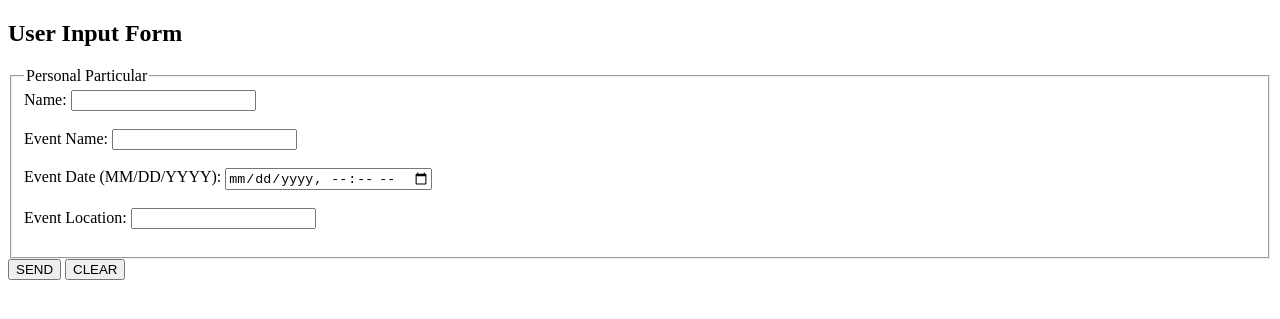
Repository: mitchellhuston/swe-techexercises
Page: mhuston-swe00/WebContent/CreateEvent.html
These files come from the project's save history. The page is drawn as it stood at one moment and after the next save; the edit follows.
The browser window is 1280 px wide. The pictures show the whole page.

Above is the page before, as saved 2017-09-13 13:16:52.

### mhuston-swe00/WebContent/CreateEvent.html
<!DOCTYPE html>
<html>
<head>
  <meta http-equiv='Content-Type' content='text/html; charset=UTF-8'>
  <title>User Input Form</title>
</head>

<body>
<h2>User Input Form</h2>
<form method="get" action="echo">
  <fieldset>
    <legend>Personal Particular</legend>
    Name: <input type="text" name="username" /><br /><br />
    Event Name: <input type="text" name="eventName" /><br /><br />
    Event Date (MM/DD/YYYY): <input type="datetime-local" name="date" /><br /><br />
    Event Location: <input type="text" name="eventLocation" /><br /><br />
  </fieldset>

  <input type="submit" value="SEND" />
  <input type="reset" value="CLEAR" />
</form>
</body>
</html>

After the next save:
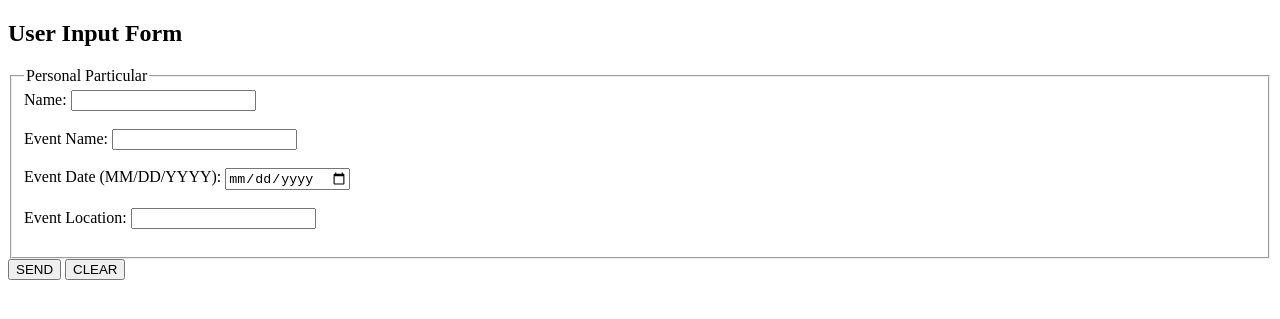
Saved 14 s later.
--- a/mhuston-swe00/WebContent/CreateEvent.html
+++ b/mhuston-swe00/WebContent/CreateEvent.html
@@ -12,7 +12,7 @@
     <legend>Personal Particular</legend>
     Name: <input type="text" name="username" /><br /><br />
     Event Name: <input type="text" name="eventName" /><br /><br />
-    Event Date (MM/DD/YYYY): <input type="datetime-local" name="date" /><br /><br />
+    Event Date (MM/DD/YYYY): <input type="date" name="date" /><br /><br />
     Event Location: <input type="text" name="eventLocation" /><br /><br />
   </fieldset>
 
